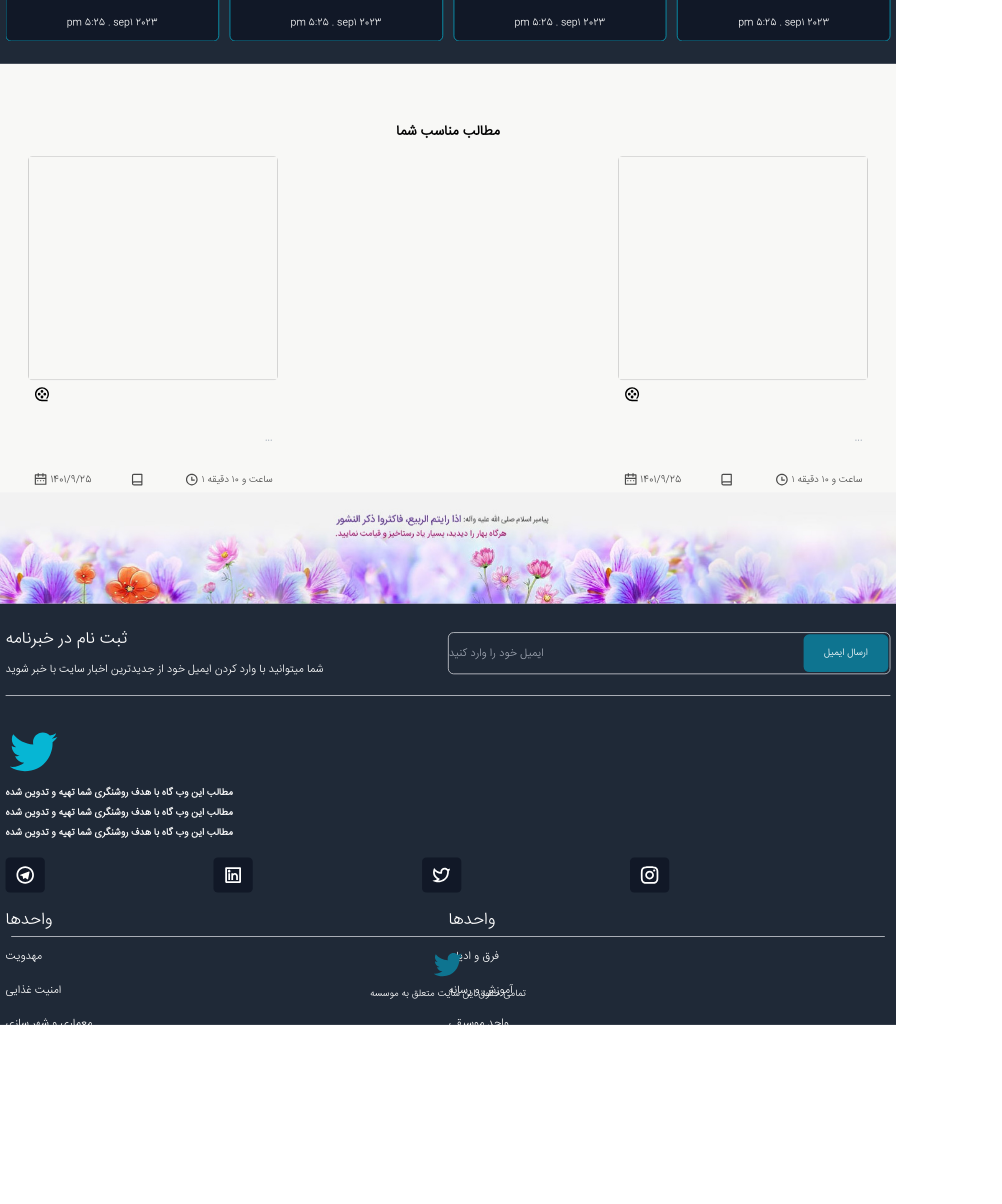
Repository: homan-tehrani/uiUserNative
Page: /
An editor plug-in stored every save of this project. The page is shown before and after the next save, followed by the edit.
The browser window is 1280 px wide. The page is 1432 px wide, so the pictures cover 1432 px, including what lies to the right of the window. The pictures show the part of the page from y = 3123 to 4843 px (the page is 4926 px tall before and 5006 px after), at 70% of full size.
The page's requests for data from a server got no answer. The project was rebuilt for these pictures with package versions that can differ from the ones it lists, and the page was loaded fresh each time. The framework's server and built-in components were replaced by stand-ins that run in the browser. No one was signed in, and anything a server would have sent is missing. Also part of the build but not shown: next.config.js, src/components/MenuForUnits.js, src/components/AccordionForUnits.js, src/components/MenuResponsive.js.

Above is the page before, as saved 2023-04-25 01:37:31.

### src/pages/_app.js
import Layoute from 'components/layout/Layoute'
import 'styles/globals.css'

export default function App({ Component, pageProps }) {
  return <Layoute>
    <Component {...pageProps} />
  </Layoute>
}

### src/pages/index.js
import Head from 'next/head';
import Layoute from '../components/layout/Layoute';
import Loading from '../components/loading';
import Slider from '../components/Slider';
import Album1 from '../components/Album1';
import Invitation from '../components/Invitation';
import Album2 from '../components/Album2';
import Description from '../components/Description';
import Album3 from '../components/Album3';
import Suggestion from '../components/Suggestion';
import { useEffect } from 'react';

export default function Home({ datas }) {
  return (
    <>
      <Head>
        <title>خانه</title>
        <meta
          name="description"
          content="Generated by create next app"
        />
        <meta
          name="viewport"
          content="width=device-width, initial-scale=1"
        />
        <link rel="icon" href="/favicon.ico" />
      </Head>
      <main className="bg-[#F8F8F6]">

        <>
          <Slider />
          <Album1 />
          <Invitation />
          <Album2 />
          <Description />
          <Album3 />
          <Suggestion />
        </>

      </main>
    </>
  );
}

// export async function getStaticProps(context){

//   const res = await fetch("https://nativecontent.sirafgroup.com/api/v1/tag/contentByTag/")
//   const data = await res.json(res)
//   console.log(data);

//   if (!data) {
//     return {
//       notFound: true,
//     }
//   }

//   return{
//     props: {

//     }
//   }

// }

### src/components/layout/Layoute.js
import React from "react";
import Header from "./Header";
import Fotter from "./Fotter";
import Speech from "../Speech";

export default function Layoute({ children , datas }) {
  return (
    <>
      <Header  />
      <div>{children}</div>
      <Speech />
      <Fotter datas={datas} />
    </>
  );
}

### src/styles/globals.css
@tailwind base;
@tailwind components;
@tailwind utilities;

@font-face {
    font-family: iransans;
    src: url("../../public/assets/fonts/iransans/irsans-l.woff");
}

html , body{
    font-family: iransans;
  }

.slider-master
.swiper-pagination-bullet{
  width: 14px;
  height: 14px;
  background-color: #3998AC;
}

.slider-master
.swiper-pagination-bullet-active {
  width: 60px;
  border-radius: 60px;
}

### src/components/loading.js
const Loading =()=> {
    return (
      <div className="w-full h-full flex justify-center items-center py-5">
        <svg aria-hidden="true" class="w-12 h-12 text-gray-200 animate-spin dark:text-gray-600 fill-cyan-600" viewBox="0 0 100 101" fill="none" xmlns="http://www.w3.org/2000/svg">
            <path d="M100 50.5908C100 78.2051 77.6142 100.591 50 100.591C22.3858 100.591 0 78.2051 0 50.5908C0 22.9766 22.3858 0.59082 50 0.59082C77.6142 0.59082 100 22.9766 100 50.5908ZM9.08144 50.5908C9.08144 73.1895 27.4013 91.5094 50 91.5094C72.5987 91.5094 90.9186 73.1895 90.9186 50.5908C90.9186 27.9921 72.5987 9.67226 50 9.67226C27.4013 9.67226 9.08144 27.9921 9.08144 50.5908Z" fill="currentColor"/>
            <path d="M93.9676 39.0409C96.393 38.4038 97.8624 35.9116 97.0079 33.5539C95.2932 28.8227 92.871 24.3692 89.8167 20.348C85.8452 15.1192 80.8826 10.7238 75.2124 7.41289C69.5422 4.10194 63.2754 1.94025 56.7698 1.05124C51.7666 0.367541 46.6976 0.446843 41.7345 1.27873C39.2613 1.69328 37.813 4.19778 38.4501 6.62326C39.0873 9.04874 41.5694 10.4717 44.0505 10.1071C47.8511 9.54855 51.7191 9.52689 55.5402 10.0491C60.8642 10.7766 65.9928 12.5457 70.6331 15.2552C75.2735 17.9648 79.3347 21.5619 82.5849 25.841C84.9175 28.9121 86.7997 32.2913 88.1811 35.8758C89.083 38.2158 91.5421 39.6781 93.9676 39.0409Z" fill="currentFill"/>
        </svg>
      </div>
    );
  }

  export default Loading;

### src/components/Slider.js
import React, { useEffect, useState } from "react";
import { Swiper, SwiperSlide } from "swiper/react";
import { Navigation, EffectFade, Pagination, Scrollbar, A11y } from "swiper";
import { useRef } from "react";
import Loading from "./loading";
import ImageProfile from "assets/images/image.jpg";

import "swiper/css";
import "swiper/css/navigation";
import "swiper/css/pagination";
import "swiper/css/scrollbar";
import { sliderPhoto } from "../../src/db.json";
import Survey from "./Survey";

export default function Slider() {
  const [imagesSlider, setImagesSlider] = useState(null);
  const swiperRef = useRef();

  useEffect(() => {
    setImagesSlider(sliderPhoto);
  }, []);

  if (!imagesSlider) {
    return <Loading />;
  }

  return (
    <div className="container mx-auto w-full h-full  py-7 px-2">
      <Swiper
        wrapperClass="w-full"
        modules={[Navigation, Pagination, Scrollbar, A11y, EffectFade, Pagination]}
        spaceBetween="auto"
        loop={true}
        autoplay={{
          delay: 1000,
          disableOnInteraction: false,
        }}
        navigation={{
            nextEl: '.swiper-button-next',
            prevEl: '.swiper-button-prev',
        }}
        onBeforeInit={(swiper) => {
          swiperRef.current = swiper;
        }}
        slidesPerView={1}
        effect="fade"
        className="slider-master max-h-[32rem] min-h-full rounded-3xl overflow-hidden"
      >
        {imagesSlider.map((item) => (
          <SwiperSlide key={item.id} className="w-full h-full">
            <img
              className="w-full h-[32rem] object-cover"
              src="assets/images/image.jpg"
            />
          </SwiperSlide>
        ))}
        <div
          className="swiper-button-prev !text-white mx-8 after:!text-4xl"
        ></div>
        <div
          className="swiper-button-next !text-white mx-8 after:!text-4xl"
        ></div>

      </Swiper>
      <div className="custom-pagination"></div>
      <Survey/>

       </div>

  );
}

### src/components/Album2.js
import React, { useRef, useState , useEffect } from "react";
import { Swiper, SwiperSlide } from "swiper/react";
import Loading from "./loading";
import MorSpeech from "components/MorSpeech";
import Link from "next/link";

import "swiper/css";
import "swiper/css/grid";
import "swiper/css/pagination";
import { Grid, Pagination ,Navigation} from "swiper";
import {albumPhoto2} from "db.json"

export default function Album2() {
    const [itmes , setItems]= useState([])
    const swiperRef = useRef();
    useEffect(() => {
      setItems(albumPhoto2);
    }, []);

    const prevSlideHandler =()=>{
        swiperRef.current?.slidePrev();
    }

  return (
    <div className=" container px-2z mx-auto ">
    <div className=" mb-6 ">
    </div>
      <Swiper
        slidesPerView={3}
        grid={{
          rows: 2,
        }}
        spaceBetween={20}
        modules={[Grid, Pagination, Navigation]}
        onBeforeInit={(swiper) => {
          swiperRef.current = swiper;
        }}
        breakpoints={{
          // when window width is >= 640px
          0: {
            slidesPerView: 1,
          },
          640: {
            slidesPerView: 2,
          },
          1370: {
            slidesPerView: 3,
          },
        }}
        className="w-full h-96  "
      >
        {itmes.map(item=>
            <SwiperSlide key={item.id} className="!flex !h-40 rounded overflow-hidden ">
                <Link href="/units" dir="rtl" className="flex cursor-pointer w-full  h-full rounded-l-md ">
                    <div className="w-1/2 h-full">
                        <img className="w-full h-full" src={item.src} alt={item.alt} />
                    </div>
                    <div className="flex flex-col justify-between h-full w-full py-3 pr-3 bg-neutral-100 border rounded-l-md">
                    <div>
                        <div className="flex items-center gap-x-1">
                        <svg xmlns="http://www.w3.org/2000/svg" viewBox="0 0 24 24" width="20" height="20"><path fill="none" d="M0 0h24v24H0z"/><path d="M12 3a3 3 0 0 0-3 3v4a3 3 0 0 0 6 0V6a3 3 0 0 0-3-3zm0-2a5 5 0 0 1 5 5v4a5 5 0 0 1-10 0V6a5 5 0 0 1 5-5zM3.055 11H5.07a7.002 7.002 0 0 0 13.858 0h2.016A9.004 9.004 0 0 1 13 18.945V23h-2v-4.055A9.004 9.004 0 0 1 3.055 11z"/></svg>
                        <p className="text-lg">ویس استاد</p>
                        </div>

                        <p className="text-sm">سخنرانی استاد در تهران</p>
                    </div>

                    <div dir="rtl" className="flex gap-x-8 opacity-70 text-sm ">
                            <div className="flex gap-x-1">
                            <svg xmlns="http://www.w3.org/2000/svg" viewBox="0 0 24 24" width="20" height="20"><path fill="none" d="M0 0h24v24H0z"/><path d="M17 3h4a1 1 0 0 1 1 1v16a1 1 0 0 1-1 1H3a1 1 0 0 1-1-1V4a1 1 0 0 1 1-1h4V1h2v2h6V1h2v2zm3 8H4v8h16v-8zm-5-6H9v2H7V5H4v4h16V5h-3v2h-2V5zm-9 8h2v2H6v-2zm5 0h2v2h-2v-2zm5 0h2v2h-2v-2z"/></svg>
                            <p>1401/9/25</p>
                            </div>

                            <svg xmlns="http://www.w3.org/2000/svg" viewBox="0 0 24 24" width="20" height="20"><path fill="none" d="M0 0h24v24H0z"/><path d="M20.005 2C21.107 2 22 2.898 22 3.99v16.02c0 1.099-.893 1.99-1.995 1.99H4v-4H2v-2h2v-3H2v-2h2V8H2V6h2V2h16.005zM8 4H6v16h2V4zm12 0H10v16h10V4z"/></svg>
                         </div>
                    </div>
                    </Link>


            </SwiperSlide>
            )}

      </Swiper>
    </div>
  );
}

### src/components/Suggestion.js
import React, { useState, useEffect } from 'react';
import Loading from './loading';
import { lecturePhoto } from '../../src/db.json';
import Link from 'next/link';

export default function Suggestion() {
  const [suggestionPhoto, setSuggestionPhoto] = useState(null);
  useEffect(() => {
    setSuggestionPhoto(lecturePhoto);
  }, []);

  useEffect(() => {
    const fetchData = async () => {
      const response = await fetch(
        'https://nativecontent.sirafgroup.com/api/v1/category/contentByCategory/?categoryId=1&count=10'
      );
      const data = await response.json();
      setSuggestionPhoto(data.data);
    };
    fetchData();
  }, []);
  if (!suggestionPhoto) {
    return <Loading />;
  }

  return (
    <div className="container px-2 mx-auto">
      <h2 className="text-xl font-bold text-center py-5">مطالب مناسب شما</h2>
      <div className=" flex items-center justify-between">
        {suggestionPhoto.slice(1, 4).map((item) => (
          <>
            <div className="w-1/3 px-8 relative">
              <div className=" overflow-hidden xs:h-56 h-72  sm:h-80 rounded-md">
                <img
                  src={item.coverImage}
                  alt={item.title}
                  className="w-full h-full "
                />
              </div>
              <div className="w-full h-40  flex flex-col justify-between p-2 ">
                <div className="flex items-center gap-x-2  ">
                  <svg
                    xmlns="http://www.w3.org/2000/svg"
                    viewBox="0 0 24 24"
                    className="w-6 xs:w-5"
                  >
                    <path fill="none" d="M0 0h24v24H0z" />
                    <path d="M12 20h8v2h-8C6.477 22 2 17.523 2 12S6.477 2 12 2s10 4.477 10 10a9.956 9.956 0 0 1-2 6h-2.708A8 8 0 1 0 12 20zm0-10a2 2 0 1 1 0-4 2 2 0 0 1 0 4zm-4 4a2 2 0 1 1 0-4 2 2 0 0 1 0 4zm8 0a2 2 0 1 1 0-4 2 2 0 0 1 0 4zm-4 4a2 2 0 1 1 0-4 2 2 0 0 1 0 4z" />
                  </svg>
                  <p className="xs:text-sm truncate font-bold">
                    {item.title}
                  </p>
                </div>

                <p className="xs:text-xsm text-sm text-right text-slate-500">
                  {item?.summary?.substring(0, 150)}...
                </p>

                <div className="flex  justify-between items-center opacity-70 xs:text-xxxsm text-sm">
                  <div className="flex items-center justify-center gap-x-1">
                    <svg
                      xmlns="http://www.w3.org/2000/svg"
                      viewBox="0 0 24 24"
                      className="xs:w-3 w-5"
                    >
                      <path fill="none" d="M0 0h24v24H0z" />
                      <path d="M17 3h4a1 1 0 0 1 1 1v16a1 1 0 0 1-1 1H3a1 1 0 0 1-1-1V4a1 1 0 0 1 1-1h4V1h2v2h6V1h2v2zm3 8H4v8h16v-8zm-5-6H9v2H7V5H4v4h16V5h-3v2h-2V5zm-9 8h2v2H6v-2zm5 0h2v2h-2v-2zm5 0h2v2h-2v-2z" />
                    </svg>
                    <p className="xs:text-ssm">1401/9/25</p>
                  </div>

                  <div className="flex items-center justify-center gap-x-1">
                    <svg
                      xmlns="http://www.w3.org/2000/svg"
                      viewBox="0 0 24 24"
                      className="xs:w-3 w-5"
                    >
                      <path fill="none" d="M0 0h24v24H0z" />
                      <path d="M3 18.5V5a3 3 0 0 1 3-3h14a1 1 0 0 1 1 1v18a1 1 0 0 1-1 1H6.5A3.5 3.5 0 0 1 3 18.5zM19 20v-3H6.5a1.5 1.5 0 0 0 0 3H19zM5 15.337A3.486 3.486 0 0 1 6.5 15H19V4H6a1 1 0 0 0-1 1v10.337z" />
                    </svg>
                    <p>{item?.portal?.name}</p>
                  </div>

                  <div className="flex items-center justify-center gap-x-1">
                    <svg
                      xmlns="http://www.w3.org/2000/svg"
                      viewBox="0 0 24 24"
                      className="xs:w-3 w-5"
                    >
                      <path fill="none" d="M0 0h24v24H0z" />
                      <path d="M12 22C6.477 22 2 17.523 2 12S6.477 2 12 2s10 4.477 10 10-4.477 10-10 10zm0-2a8 8 0 1 0 0-16 8 8 0 0 0 0 16zm1-8h4v2h-6V7h2v5z" />
                    </svg>
                    <p>۱ ساعت و ۱۰ دقیقه</p>
                  </div>
                </div>
              </div>
              <Link
                href={`/units/${item.id}`}
                className="w-full h-full absolute top-0 left-0"
              />
            </div>
          </>
        ))}
      </div>
    </div>
  );
}

### src/components/Speech.js
import React, { useEffect, useState } from "react";
import Loading from "./loading";
import {speech} from "../../src/db.json"

export default function Speech({ datas }) {
  const [imageSpeech, setImageSpeech] = useState(null);
  useEffect(() => {
    setImageSpeech(speech);
  }, []);

  if (!imageSpeech) {
    return <Loading />;
  }
  return (
    <div className="w-full flex justify-center items-center relative ">
      <div className="flex flex-col w-full h-max">
        <div className="flex flex-col w-full ">
          <img
            src={imageSpeech[0].src}
            alt={imageSpeech[0].alt}
            className="w-full h-full object-cover"
          />
        </div>
      </div>
    </div>
  );
}

### src/components/MorSpeech.js
import React from 'react'


export default function MorSpeech({nextButtonHandler , prevButtonHandler , icons , underline , content , colorIcon , colorText , classMore , moreHandler,addHandler}) {

  return (
    <div  className='flex flex-col justify-center   w-full h-max '>
      <div className='flex justify-between items-center gap-x-0   md:px-0 xs:gap-x-6 '>
        <p className={`${colorText} font-bold text-xl`}>{content}</p>

        {icons && <div  className='flex items-center justify-center w-max gap-x-1 h-8 bg-gray-900 ml-96 text-xsm text-white  px-1 rounded-sm'>

        <button className='flex items-center justify-center gap-x-1 opacity-70'>
        <p>youtube</p>
        <svg xmlns="http://www.w3.org/2000/svg" className='fill-white' viewBox="0 0 24 24" width="20" height="20"><path fill="none" d="M0 0h24v24H0z"/><path d="M19.606 6.995c-.076-.298-.292-.523-.539-.592C18.63 6.28 16.5 6 12 6s-6.628.28-7.069.403c-.244.068-.46.293-.537.592C4.285 7.419 4 9.196 4 12s.285 4.58.394 5.006c.076.297.292.522.538.59C5.372 17.72 7.5 18 12 18s6.629-.28 7.069-.403c.244-.068.46-.293.537-.592C19.715 16.581 20 14.8 20 12s-.285-4.58-.394-5.005zm1.937-.497C22 8.28 22 12 22 12s0 3.72-.457 5.502c-.254.985-.997 1.76-1.938 2.022C17.896 20 12 20 12 20s-5.893 0-7.605-.476c-.945-.266-1.687-1.04-1.938-2.022C2 15.72 2 12 2 12s0-3.72.457-5.502c.254-.985.997-1.76 1.938-2.022C6.107 4 12 4 12 4s5.896 0 7.605.476c.945.266 1.687 1.04 1.938 2.022zM10 15.5v-7l6 3.5-6 3.5z"/></svg>
            </button>
        <button className='flex items-center justify-center gap-x-1 bg-slate-700 p-1 rounded-md'>
        <p>twitter</p>
          <svg xmlns="http://www.w3.org/2000/svg" className='fill-cyan-500' viewBox="0 0 24 24" width="20" height="20"><path fill="none" d="M0 0h24v24H0z"/><path d="M22.162 5.656a8.384 8.384 0 0 1-2.402.658A4.196 4.196 0 0 0 21.6 4c-.82.488-1.719.83-2.656 1.015a4.182 4.182 0 0 0-7.126 3.814 11.874 11.874 0 0 1-8.62-4.37 4.168 4.168 0 0 0-.566 2.103c0 1.45.738 2.731 1.86 3.481a4.168 4.168 0 0 1-1.894-.523v.052a4.185 4.185 0 0 0 3.355 4.101 4.21 4.21 0 0 1-1.89.072A4.185 4.185 0 0 0 7.97 16.65a8.394 8.394 0 0 1-6.191 1.732 11.83 11.83 0 0 0 6.41 1.88c7.693 0 11.9-6.373 11.9-11.9 0-.18-.005-.362-.013-.54a8.496 8.496 0 0 0 2.087-2.165z"/></svg>

          </button>
        </div>}
        <div className='flex gap-x-2 '>
            <button onClick={()=>moreHandler} className={`text-${classMore} border border-${classMore} xs:w-12 font-bold text-sm rounded-md w-16 h-8`}>بیشتر</button>
            <button className='border rounded-md px-1' onClick={prevButtonHandler}>
            <svg xmlns="http://www.w3.org/2000/svg" className={colorIcon} viewBox="0 0 24 24" width="24" height="24"><path fill="none" d="M0 0h24v24H0z"/><path d="M13.172 12l-4.95-4.95 1.414-1.414L16 12l-6.364 6.364-1.414-1.414z"/></svg>
            </button>
            <button className='border rounded-md px-1 ' onClick={nextButtonHandler}>
            <svg xmlns="http://www.w3.org/2000/svg" className={colorIcon} viewBox="0 0 24 24" width="24" height="24"><path fill="none" d="M0 0h24v24H0z"/><path d="M10.828 12l4.95 4.95-1.414 1.414L8 12l6.364-6.364 1.414 1.414z"/></svg>
            </button>
        </div>
      </div>
      {underline && <div className='bg-blue-200 h-0.5 w-full mt-3 bg-gradient-to-l from-blue-300 to-white'></div>}
    </div>
  )
}

### tailwind.config.js
/** @type {import('tailwindcss').Config} */
module.exports = {
  content: [
    "./app/**/*.{js,ts,jsx,tsx}",
    "./pages/**/*.{js,ts,jsx,tsx}",
    "./components/**/*.{js,ts,jsx,tsx}",

    // Or if using `src` directory:
    "./src/**/*.{js,ts,jsx,tsx}",
  ],
  theme: {
    extend: {
      screens:{
        'xs':{'max':'430px'},
      },
      spacing: {
        '148': '37rem',
        '120':'36rem',
        '152':'42rem',
        '90':'25rem',
        '98':'28rem',
        '100':'30rem',
        '110':'33rem',
        'ppx':'0.5px',
        '400px': '400px',
        '300px':'300px',
        '1200px':'1200px',
        '370px':'370px',
        '305px':'305px',
        '282px':'282px'
      },
      fontSize:{
        tsm:['13px','19px'],
        ssm:['12px','18px'],
        xsm:['11px','17px'],
        xxsm:['10px','16px'],
        xxxsm:['8px','12px'],
      },
    },
  },
  plugins: [],
}

Loaded but not shown: src/components/Description.js (library); src/db.json (58 lines, source omitted); src/components/layout/Fotter.js (133 lines, source omitted); src/components/layout/Header.js (154 lines, source omitted); src/components/NavBar.js (89 lines, source omitted); src/components/Album1.js (130 lines, source omitted); src/components/Invitation.js (47 lines, source omitted); src/components/Survey.js (87 lines, source omitted); src/components/Album3.js (128 lines, source omitted)

After the next save:
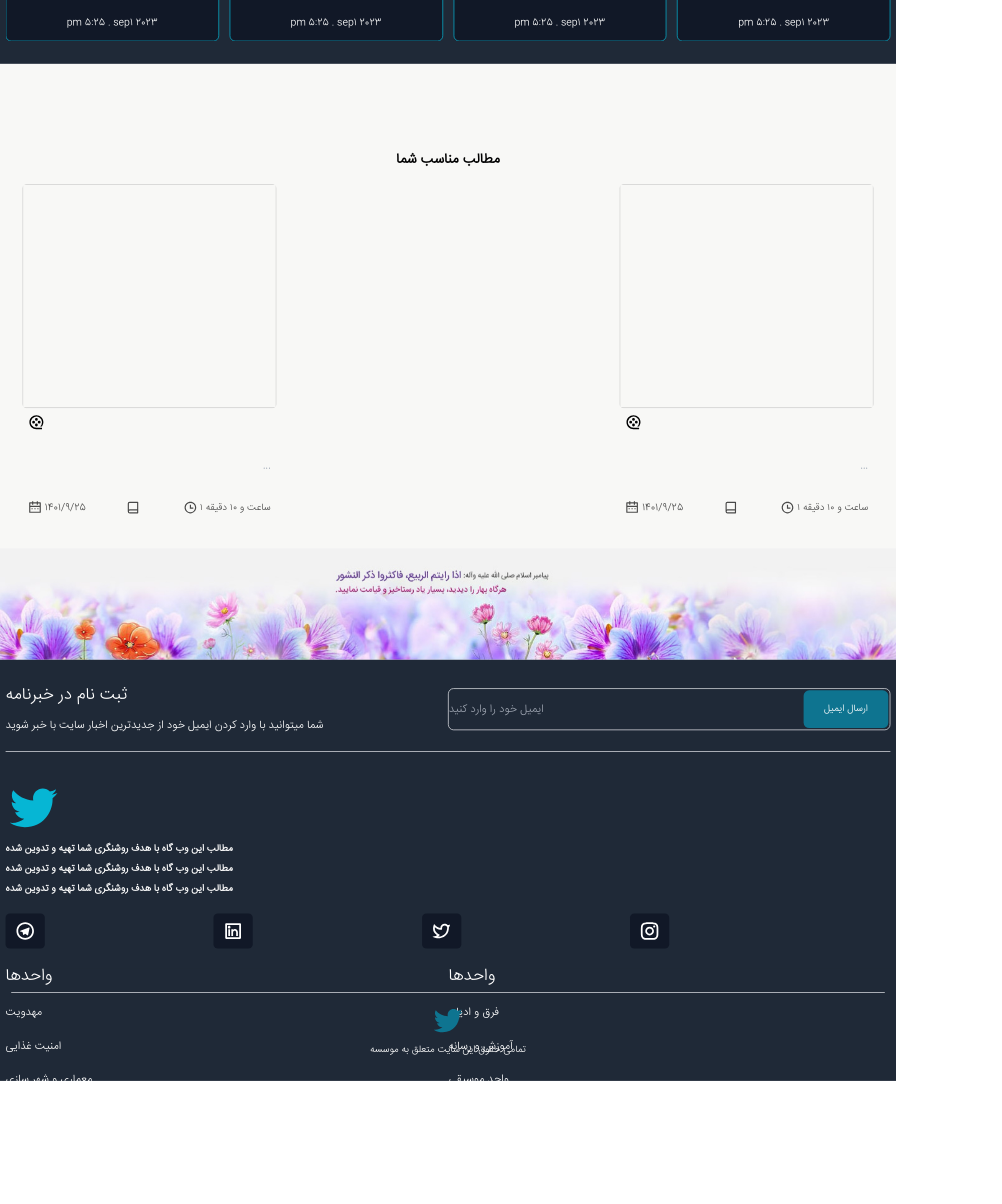
Saved 13 s later.
--- a/src/components/Suggestion.js
+++ b/src/components/Suggestion.js
@@ -24,7 +24,7 @@ export default function Suggestion() {
   }
 
   return (
-    <div className="container px-2 mx-auto">
+    <div className="container py-10 mx-auto">
       <h2 className="text-xl font-bold text-center py-5">مطالب مناسب شما</h2>
       <div className=" flex items-center justify-between">
         {suggestionPhoto.slice(1, 4).map((item) => (
